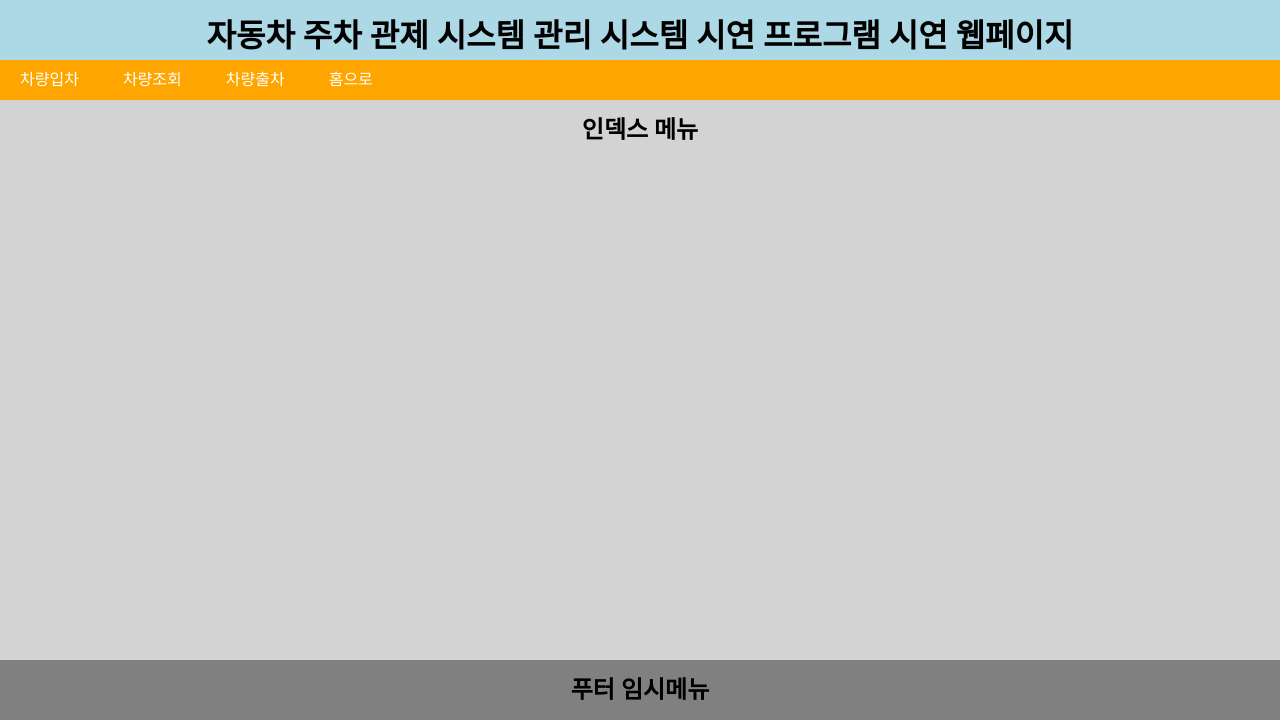
Repository: Ghraminal/mytest
Page: http://localhost/farking/list.jsp
These files come from the project's save history. The page is drawn as it stood at one moment and after the next save; the edit follows.
The browser window is 1280 px wide. The pictures show the whole page.
The page is served by Tomcat 9.

Above is the page before, as saved 2025-08-20 05:34:00.

After the next save:
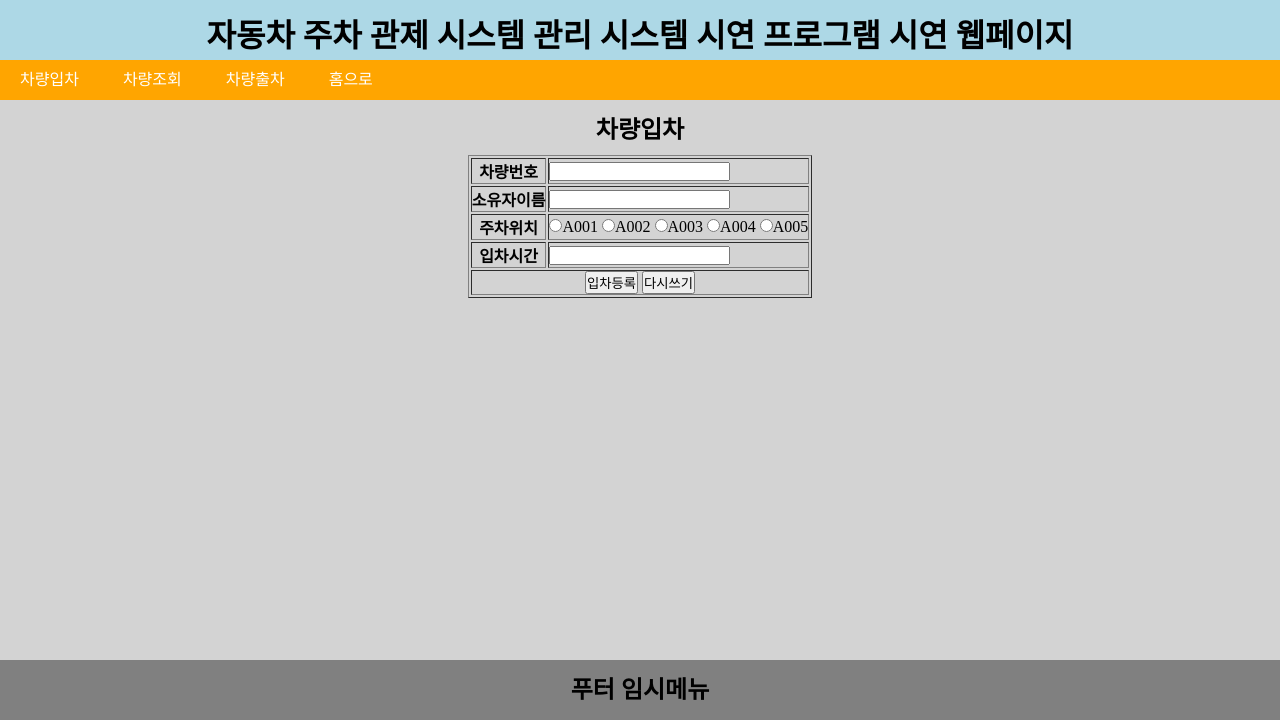
Saved 15 s later.
--- a/farking/src/main/webapp/list.jsp
+++ b/farking/src/main/webapp/list.jsp
@@ -18,10 +18,14 @@
 		height: calc(100vh - 160px);
 		background-color: lightgray;
 	}
-	h1{
+	h2{
 		justify-content: center;
 		text-align: center;
-		padding: 10px;
+		padding: 20px;
+	}
+	form{
+		display: flex;
+		justify-content: center;
 	}
 </style>
 </head>
@@ -30,7 +34,40 @@
 <jsp:include page="nav.jsp"></jsp:include>
 <section>
 
-<h1>인덱스 메뉴</h1>
+<h2>차량입차</h2>
+
+<form action="action.jsp" method="post" name="frm">
+	<table border="1">
+		<tr>
+			<th>차량번호</th>
+			<td><input type="text" name="car_number"></td>
+		</tr>
+		<tr>
+			<th>소유자이름</th>
+			<td><input type="text" name="owner_name"></td>
+		</tr>
+		<tr>
+			<th>주차위치</th>
+			<td>
+			<input type="radio" name="location">A001
+			<input type="radio" name="location">A002
+			<input type="radio" name="location">A003
+			<input type="radio" name="location">A004
+			<input type="radio" name="location">A005
+			</td>
+		</tr>
+		<tr>
+			<th>입차시간</th>
+			<td><input type="text" name="entrance_time"></td>
+		</tr>
+		<tr>
+			<th colspan="2">
+				<input type="button" value="입차등록" onclick="inter()">
+				<input type="button" value="다시쓰기" onclick="resett()">
+			</th>
+		</tr>
+	</table>
+</form>
 
 </section>
 <jsp:include page="footer.jsp"></jsp:include>
